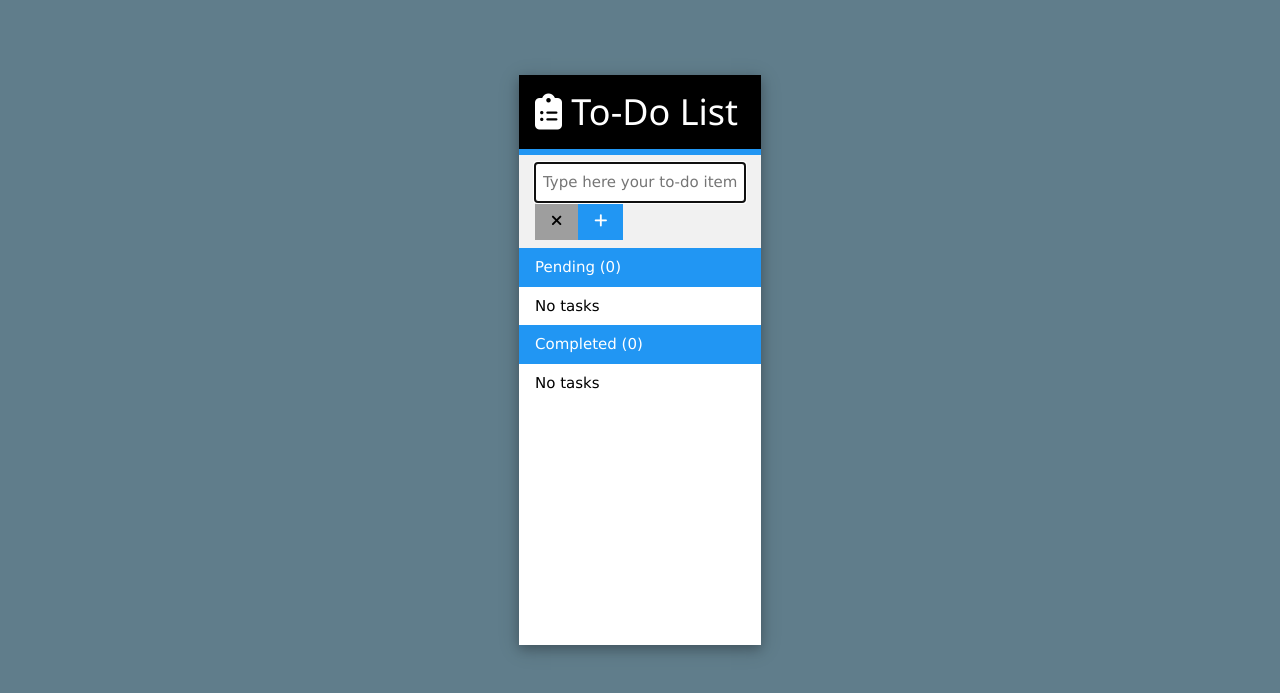
Repository: bclover/vue3-design-patterns-book
Page: /
An editor plug-in stored every save of this project. The page is shown before and after the next save, followed by the edit.
The browser window is 1280 px wide. The pictures show the whole page.
The project was rebuilt for these pictures with package versions that can differ from the ones it lists, and the page was loaded fresh each time. Also part of the build but not shown: vite.config.ts.

Above is the page before, as saved 2023-06-19 22:20:22.

After the next save:
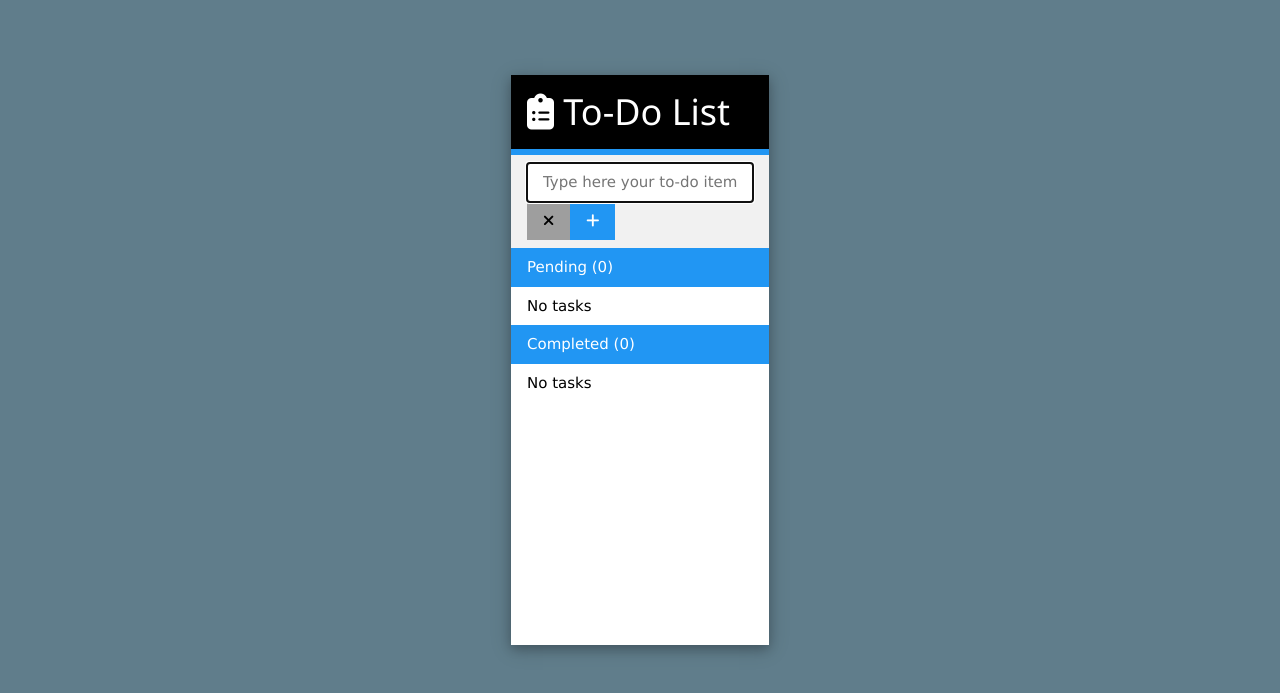
Saved 3 min 16 s later.
--- a/src/components/ToDos.vue
+++ b/src/components/ToDos.vue
@@ -42,7 +42,7 @@
     <!-- Remove & Add Buttons -->
     <div class="w3-container flex-container w3-light-gray w3-padding">
       <input
-        class="w3-input w3-border-0"
+        class="w3-input w3-border-0 w3-padding"
         type="text"
         autofocus
         v-model="_todo_text"

After the save that followed:
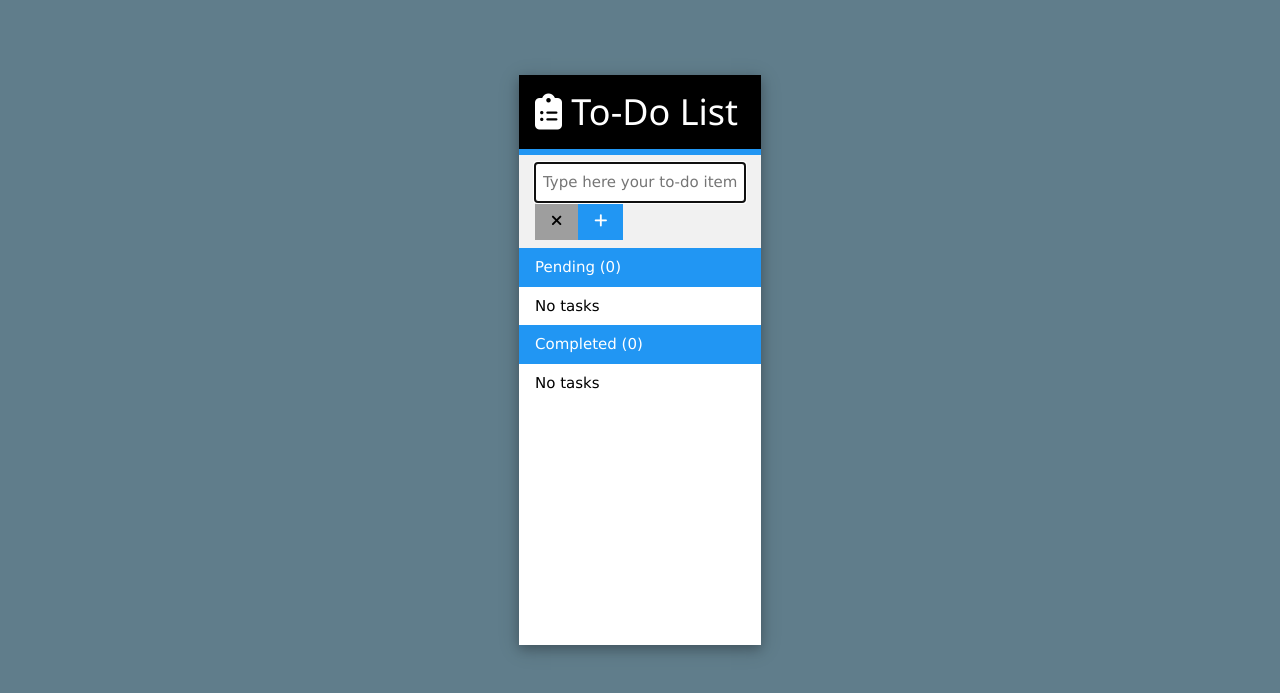
Saved 29 s later.
--- a/src/components/ToDos.vue
+++ b/src/components/ToDos.vue
@@ -42,7 +42,7 @@
     <!-- Remove & Add Buttons -->
     <div class="w3-container flex-container w3-light-gray w3-padding">
       <input
-        class="w3-input w3-border-0 w3-padding"
+        class="w3-input w3-border-0"
         type="text"
         autofocus
         v-model="_todo_text"
